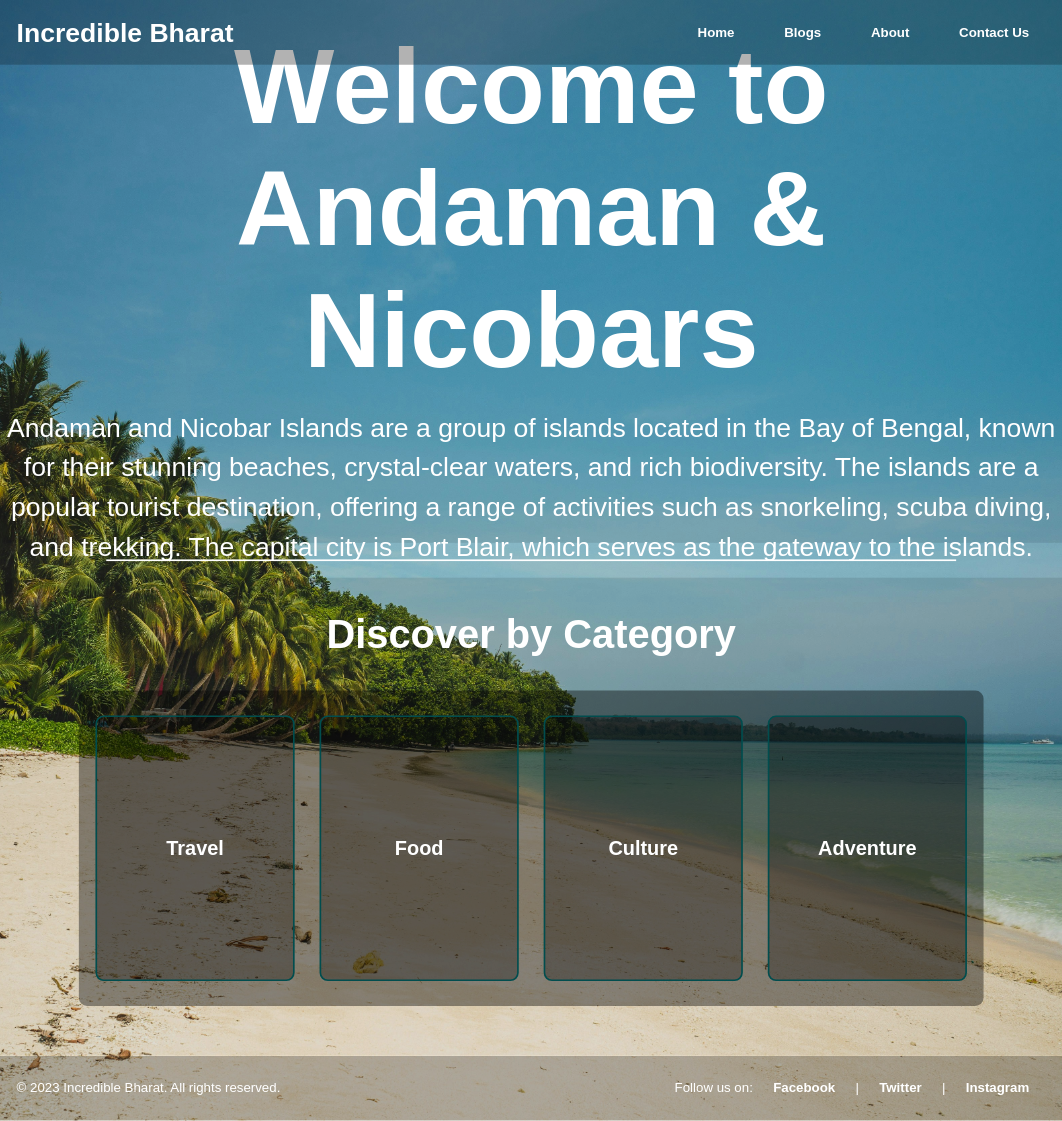
Repository: jaidhiman111/incrediblebharat
Page: destinations/Andaman&Nicobar.html
These files come from the project's save history. The page is drawn as it stood at one moment and after the next save; the edit follows.
The browser window is 1280 px wide. The pictures show the whole page, at 83% of full size.

Above is the page before, as saved 2025-04-30 23:38:12.

### destinations/Andaman&Nicobar.html
<!DOCTYPE html>
<html lang="en">

<head>
    <meta charset="UTF-8">
    <link rel="stylesheet" href="/assets/style.css">
    <meta name="viewport" content="width=device-width, initial-scale=1.0">
    <title>Document</title>
</head>

<body class="andaman-nicobar">
    <!-- This is the header of the page. -->
    <header class="header">
        <div class="logo">
            <h1>Incredible Bharat</h1>
        </div>
        <div class="nav">
            <nav>
                <ul>
                    <li>
                        <a href="/index.html">Home</a>
                        <a href="#">Blogs</a>
                        <a href="#">About</a>
                        <a href="#">Contact Us</a>
                    </li>
                </ul>
            </nav>
        </div>
    </header>
    <!-- This is the main content of the page. -->
    <main class="main-container">
        <section class="hero-section">
            <h2>Welcome to Andaman & Nicobars</h2>
            <p>Andaman and Nicobar Islands are a group of islands located in the Bay of Bengal, known for their stunning
                beaches, crystal-clear waters, and rich biodiversity. The islands are a popular tourist destination,
                offering a range of activities such as snorkeling, scuba diving, and trekking. The capital city is Port
                Blair, which serves as the gateway to the islands.</p>
        </section>
        <hr>
        <section class="state-section">
            <h2>Discover by Category</h2>
            <div class="card-section">
                <div class="card" id="travel">Travel</div>
                <div class="card" id="food">Food</div>
                <div class="card" id="culture">Culture</div>
                <div class="card" id="adventure">Adventure</div>
            </div>
        </section>
    </main>
    <!-- This is the footer of the page. -->
    <footer class="footer">
        <div>
            <p>&copy; 2023 Incredible Bharat. All rights reserved.</p>
        </div>
        <div>
            <p>Follow us on:
                <a href="#">Facebook</a> |
                <a href="#">Twitter</a> |
                <a href="#">Instagram</a>
        </div>
    </footer>
</body>

</html>

### assets/style.css
* {
    box-sizing: border-box;
    margin: 0;
    padding: 0;
}

.home {
    font-family: Arial, sans-serif;
    background-image: url('/media/bg-cover.jpg');
    background-size: cover;
    background-repeat: no-repeat;
    background-position: center;
    color: #fff;
}

.andaman-nicobar {
    font-family: Arial, sans-serif;
    background-image: url('/media/andaman.jpg');
    background-size: cover;
    background-repeat: no-repeat;
    background-position: center;
    color: #fff;
}


/* This is for header */
.header {
    background-color: rgba(0, 0, 0, 0.3);
    display: flex;
    justify-content: space-between;
    align-items: center;
    padding: 20px;
    position: sticky;
    top: 0;
    text-align: center;
}

li {
    list-style: none;
    display: flex;
    gap: 20px;
}

li a {
    padding: 10px 20px;
    border-radius: 5px;
    text-decoration: none;
    color: #fff;
    font-weight: bold;
}

li a:hover {
    color: #fff;
    transform: scale(1.1);}

/* This is for section */
section{
    background-color: rgba(0, 0, 0, 0.1);
}

.hero-section {
    display: flex;
    flex-direction: column;    /* stack items vertically */
    justify-content: center;   /* center vertically */
    align-items: center;       /* center horizontally */
    height: 80vh;
    text-align: center;
}

.hero-section h2 {
    font-size: 8rem;
    margin-bottom: 20px;
}

.hero-section p{
    font-size: 2rem;
    margin-bottom: 20px;
    max-width: 100rem;         /* limit the width of the paragraph */
    line-height: 1.5;        /* improve readability */
}

.hero-section a {
    text-decoration: none;
    color: #fff;
    font-size: 1.5rem;
    margin-bottom: 20px;
}

.hero-section a:hover {
    color: #fff;
    text-decoration: underline;
    transform: scale(1.1);
    transition: transform 0.3s ease-in-out;
}

hr {
    width: 80%;
    margin: 20px auto;
    border: 1px solid #fff;
}

.state-section {
    display: flex;
    flex-direction: column;    /* stack items vertically */
    justify-content: center;
    align-items: center;
    height: 80vh;
    text-align: center;
}

.state-section h2 {
    font-size: 3rem;
    margin-bottom: 20px;
}

.state-button {
    padding: 30px;
    max-width: 100rem;
    margin: 0 auto;
  }

  .state-button button {
    background-color: rgba(0, 0, 0, 0.4);  /* Soft blue */
    border: none;
    border-radius: 8px;
    margin: 10px ;
    padding: 12px 20px;
    cursor: pointer;
    transition: background-color 0.3s ease;
    font-size: 16px;
    font-weight: 500;
  }

  .state-button button a {
    color: #ffffff;
    text-decoration: none;
    display: block;
    width: 100%;
    height: 100%;
  }

  .state-button button:hover {
    background-color: rgba(0, 0, 0, 0.7); /* Darker blue on hover */
    transform: scale(1.1); /* Slightly enlarge the button on hover */
    transition: transform 0.3s ease-in-out;
  }

  .card-section {
    display: flex;
    flex-wrap: wrap; /* Makes it responsive */
    justify-content: center;
    gap: 30px;
    background-color: rgba(0, 0, 0, 0.4);
    padding: 30px 20px;
    margin: 20px auto;
    max-width: 100%;
    border-radius: 10px;
}

.card {
    background-color: rgba(0, 0, 0, 0.3);
    color: #fff;
    border: 2px solid #014d4e;
    border-radius: 10px;
    width: 15rem;
    height: 20rem;
    display: flex;
    align-items: center;
    justify-content: center;
    font-size: 1.5rem;
    font-weight: bold;
    cursor: pointer;
    transition: transform 0.3s ease, background-color 0.3s ease;
}

.card:hover {
    background-color: #019494;
    color: #ffffff;
    transform: scale(1.05);
}


  /* This is for footer */

.footer {
    background-color: rgba(0, 0, 0, 0.3);
    display: flex;
    justify-content: space-between;
    align-items: center;
    padding: 20px;
    position: relative;
    bottom: 0;
    text-align: center;
}

.footer li {
    list-style: none;
    display: flex;
    gap: 20px;
}

.footer a {
    display: inline-block;
    padding: 10px 20px;
    border-radius: 5px;
    text-decoration: none;
    color: #fff;
    font-weight: bold;
}
.footer a:hover {
    color: #fff;
    transform: scale(1.1);

}

/* This is for media queries */
/* --- Andaman & Nicobar Page Enhancements --- */

After the next save:
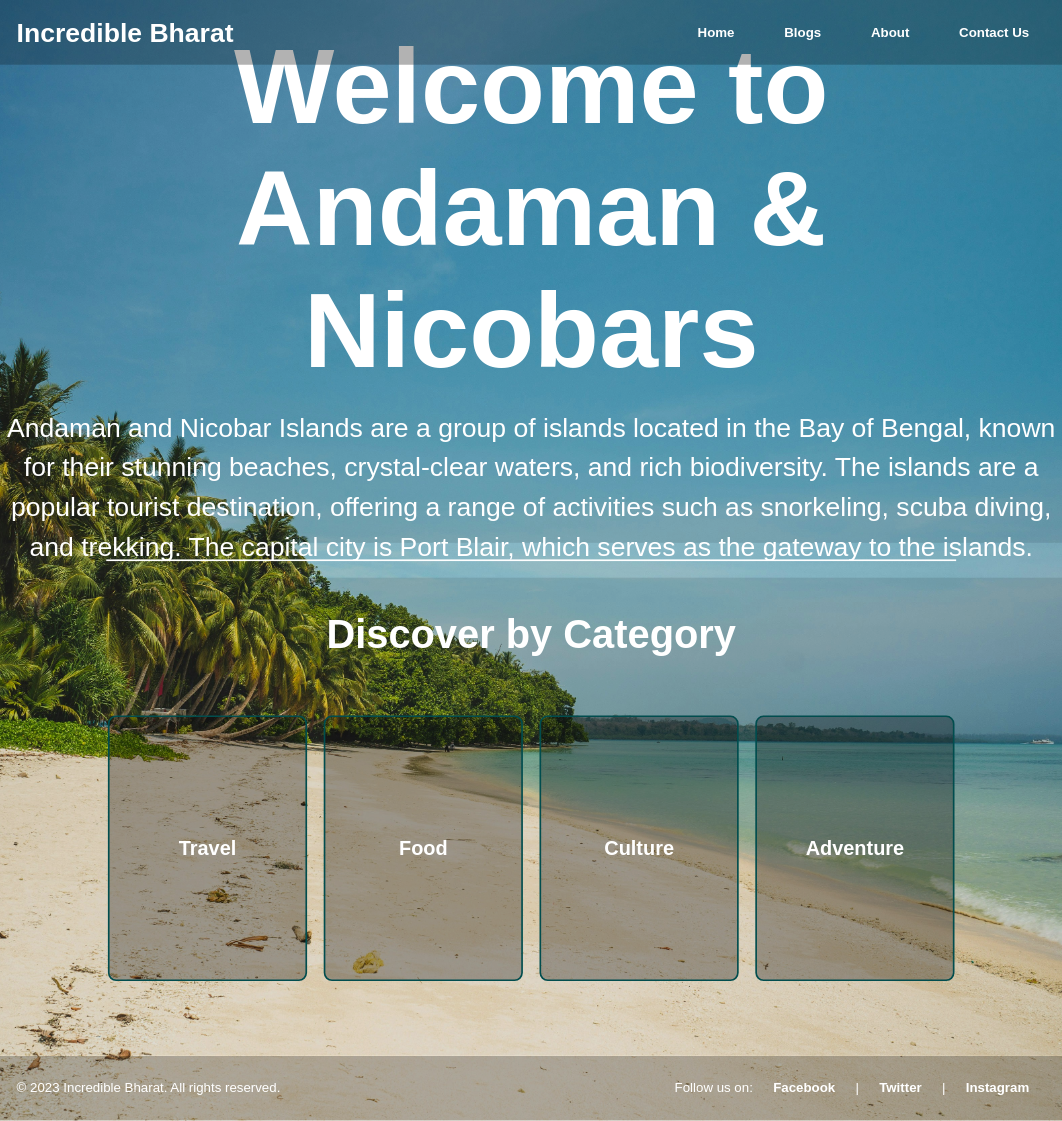
Saved 28 s later.
--- a/assets/style.css
+++ b/assets/style.css
@@ -149,11 +149,11 @@ hr {
     display: flex;
     flex-wrap: wrap; /* Makes it responsive */
     justify-content: center;
-    gap: 30px;
-    background-color: rgba(0, 0, 0, 0.4);
+    gap: 20px;
+    /* background-color: rgba(0, 0, 0, 0.4); */
     padding: 30px 20px;
     margin: 20px auto;
-    max-width: 100%;
+    max-width: 1200px;
     border-radius: 10px;
 }
 
